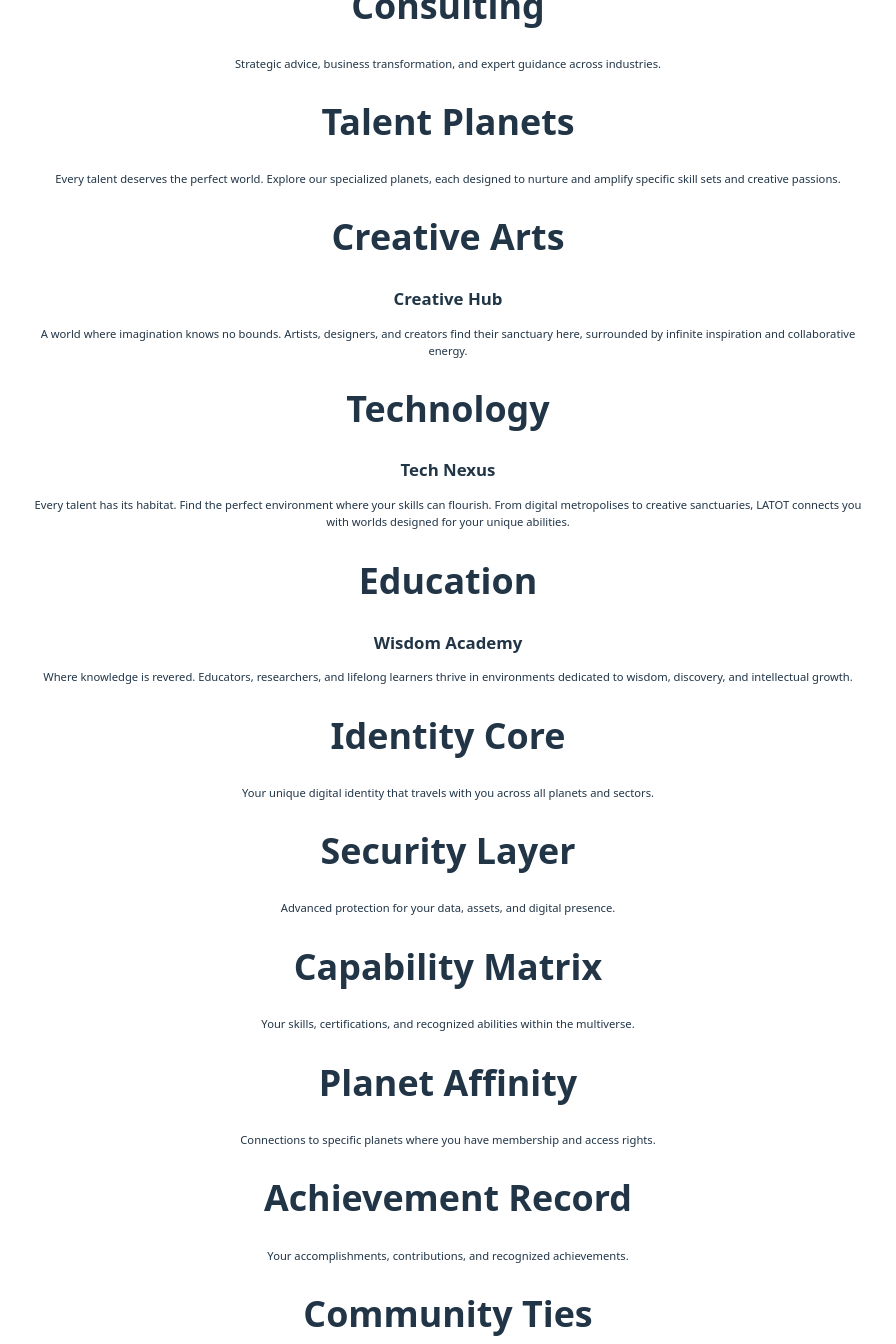
Repository: STR33T-K3Y5/LaTot
Page: /
The author's editor kept a copy of each file at every save. The page is drawn from the files as they stood at one save, then again after a run of saves.
The browser window is 1280 px wide. The pictures show the part of the page from y = 3148 to 5068 px (the page is 6672 px tall before and 6720 px after), at 70% of full size.
The project was rebuilt for these pictures with package versions that can differ from the ones it lists, and the page was loaded fresh each time. Also part of the build but not shown: vite.config.js, src/pages/FindTalent.jsx.

Above is the page before, as saved 2026-01-22 02:21:14.

After the next 2 saves:
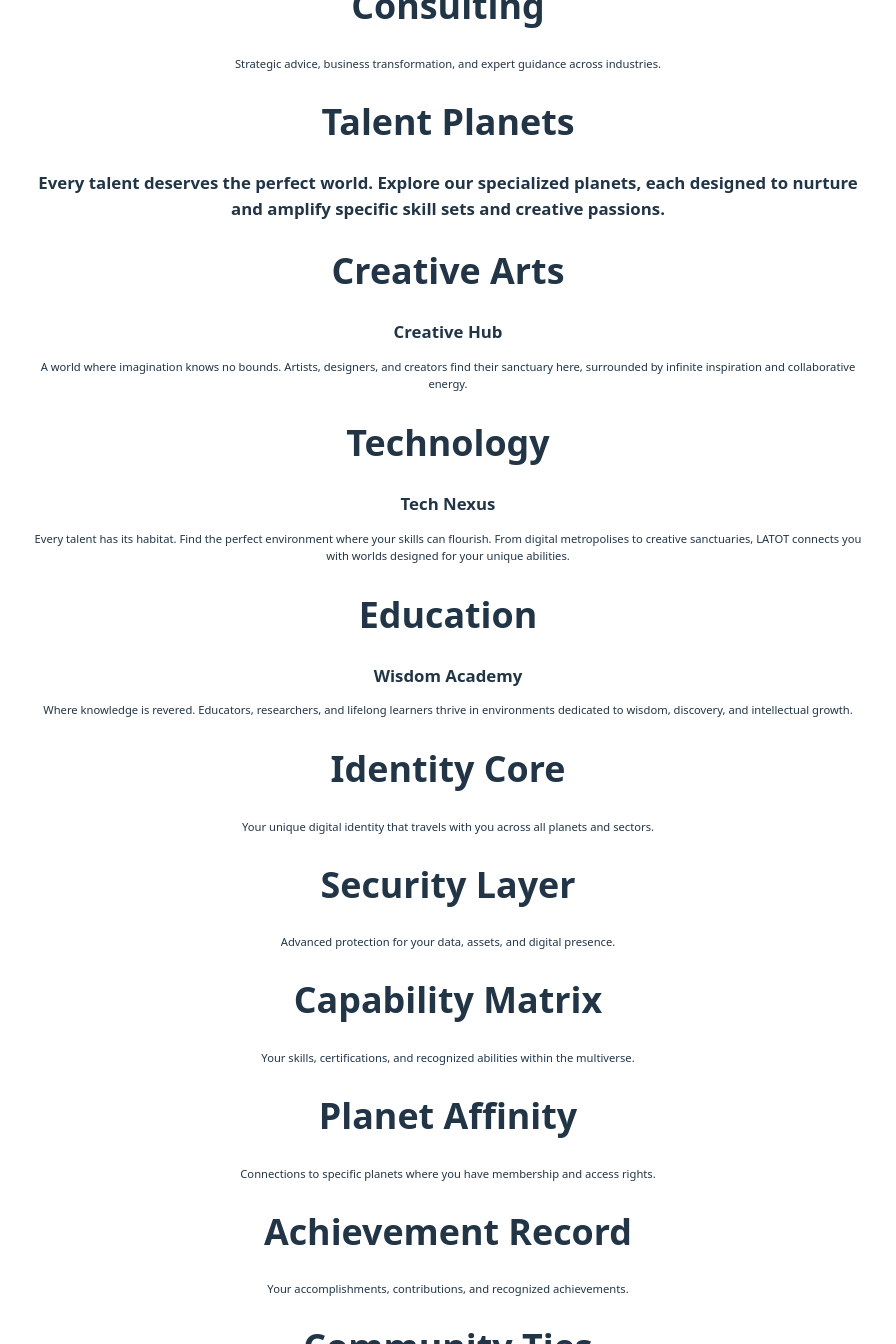
The 2 saves are shown as one change because they came seconds apart.
The last was saved 16 s later.
--- a/src/pages/Home.jsx
+++ b/src/pages/Home.jsx
@@ -101,7 +101,7 @@
       {/* Talent Planets Section */}
       <section id="planet-section">
         <h1 class="planet-header">Talent Planets</h1>
-        <p class="planet-subheader">Every talent deserves the perfect world. Explore our specialized planets, each designed to nurture and amplify specific skill sets and creative passions.</p>
+        <h2 class="planet-subheader">Every talent deserves the perfect world. Explore our specialized planets, each designed to nurture and amplify specific skill sets and creative passions.</h2>
         <div class="about-carousel">
           {/* Creative Hub */}
           <div class="planet-item" alt="Creative Arts Container">
